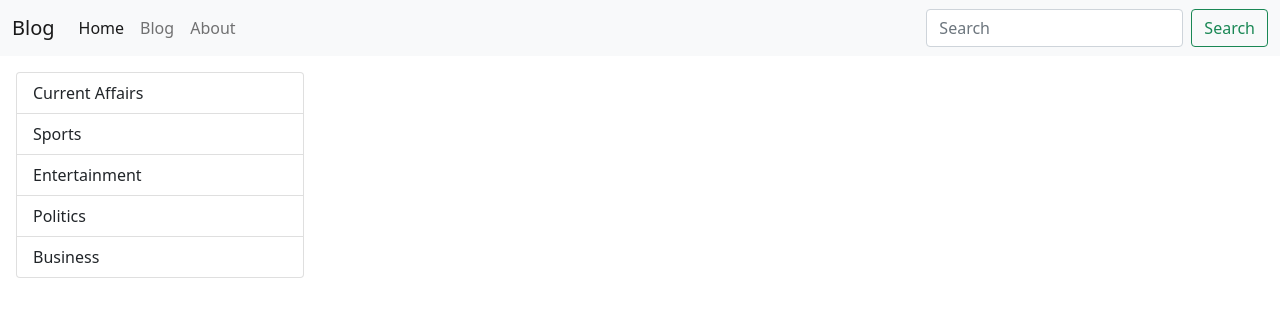
Repository: syni18/bootstrap_blog
Page: index.html
An editor plug-in stored every save of this project. The page is shown before and after the next save, followed by the edit.
The browser window is 1280 px wide. The pictures show the whole page.

Above is the page before, as saved 2023-10-25 21:03:57.

After the next save:
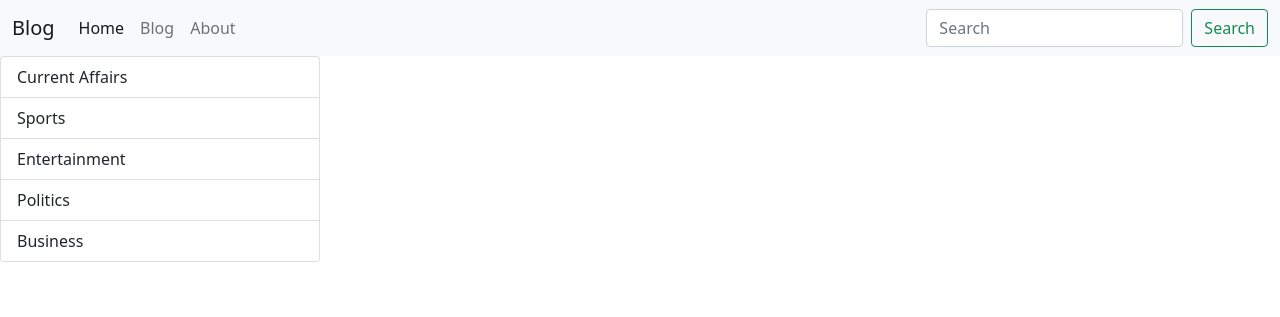
Saved 19 s later.
--- a/index.html
+++ b/index.html
@@ -88,7 +88,7 @@
         </div>
       </div>
     </nav>
-            <div class="offcanvas-body w-25 m-0">
+            <div class="offcanvas-body w-25 p-0">
           <ul class="list-group">
             <li class="list-group-item">Current Affairs</li>
             <li class="list-group-item">Sports</li>
